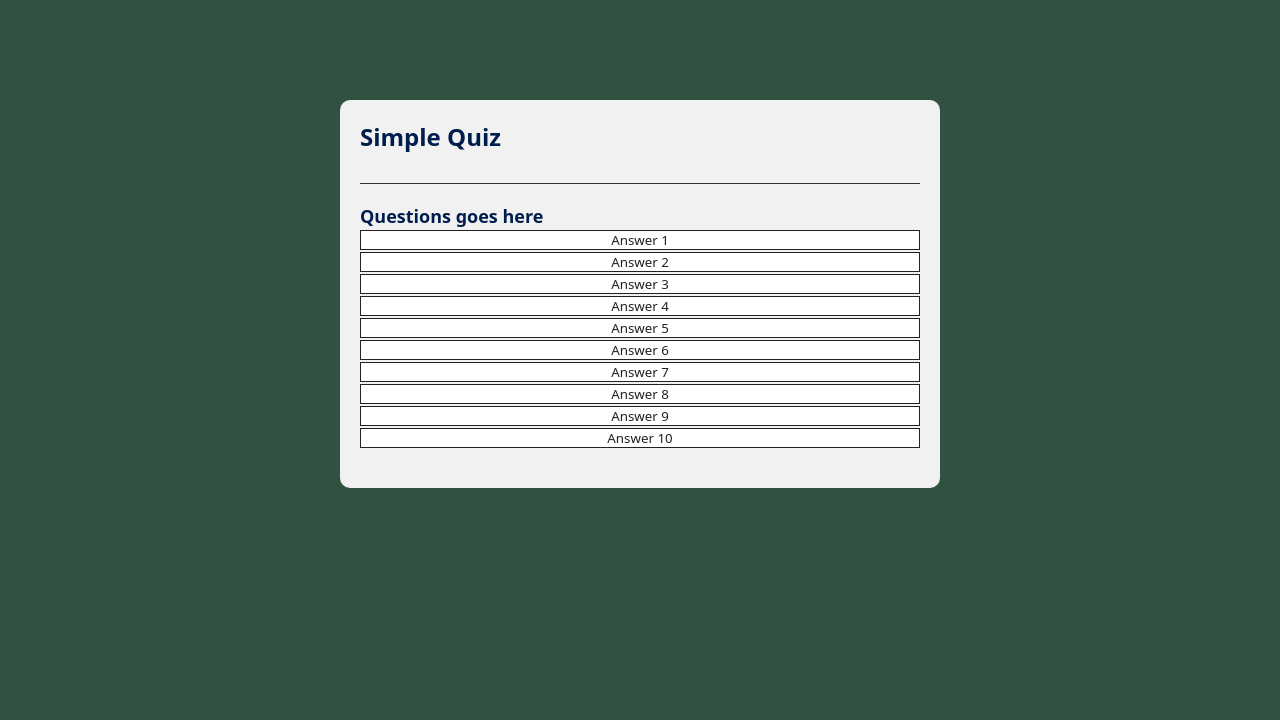
Repository: VickyJacob23/Quiz-App
Page: index.html
The author's editor kept a copy of each file at every save. The page is drawn from the files as they stood at one save, then again after the next save.
The browser window is 1280 px wide. The pictures show the whole page.

Above is the page before, as saved 2024-08-04 16:43:30.

### index.html
<!DOCTYPE html>
<html lang="en">
<head>
    <meta charset="UTF-8">
    <meta name="viewport" content="width=device-width, initial-scale=1.0">
    <title>Quiz App</title>
    <link rel="stylesheet" href="styles.css">
</head>
<body>
    <div class="app">
        <h1>Simple Quiz</h1>
        <div class="quiz">
            <h2 id="question">Questions goes here</h2>
            <div id="answer-buttons">
                <button class="btn">Answer 1</button>
                <button class="btn">Answer 2</button>
                <button class="btn">Answer 3</button>
                <button class="btn">Answer 4</button>
                <button class="btn">Answer 5</button>
                <button class="btn">Answer 6</button>
                <button class="btn">Answer 7</button>
                <button class="btn">Answer 8</button>
                <button class="btn">Answer 9</button>
                <button class="btn">Answer 10 </button>
            </div>
        </div>
    </div>
</body>
</html>

### styles.css
*{
    margin: 0;
    padding: 0;
    box-sizing: border-box;
    font-family: system-ui, -apple-system, BlinkMacSystemFont, 'Segoe UI', Roboto, Oxygen, Ubuntu, Cantarell, 'Open Sans', 'Helvetica Neue', sans-serif;
}

body{
    background-color: #315240;

}
.app{
    width:90%;
    max-width: 600px;
    background-color:#f1f1f1;
    padding: 20px;
    border-radius: 10px;
    margin: 100px auto 0;
}
.app h1{
    font-size: 24px;
    font-weight: 600;
    color: #001e4d;
    border-bottom: 1px solid #333;
    padding-bottom: 30px;
}
.quiz{
    padding: 20px 0;
}
.quiz h2{
    font-size: 18px;
    font-weight: 600;
    color: #001e4d;
}
.btn{
    background-color:#fff;
    color:#222;
    font-weight: 500;
    width: 100%;
    border: 1px solid #222;
}

After the next save:
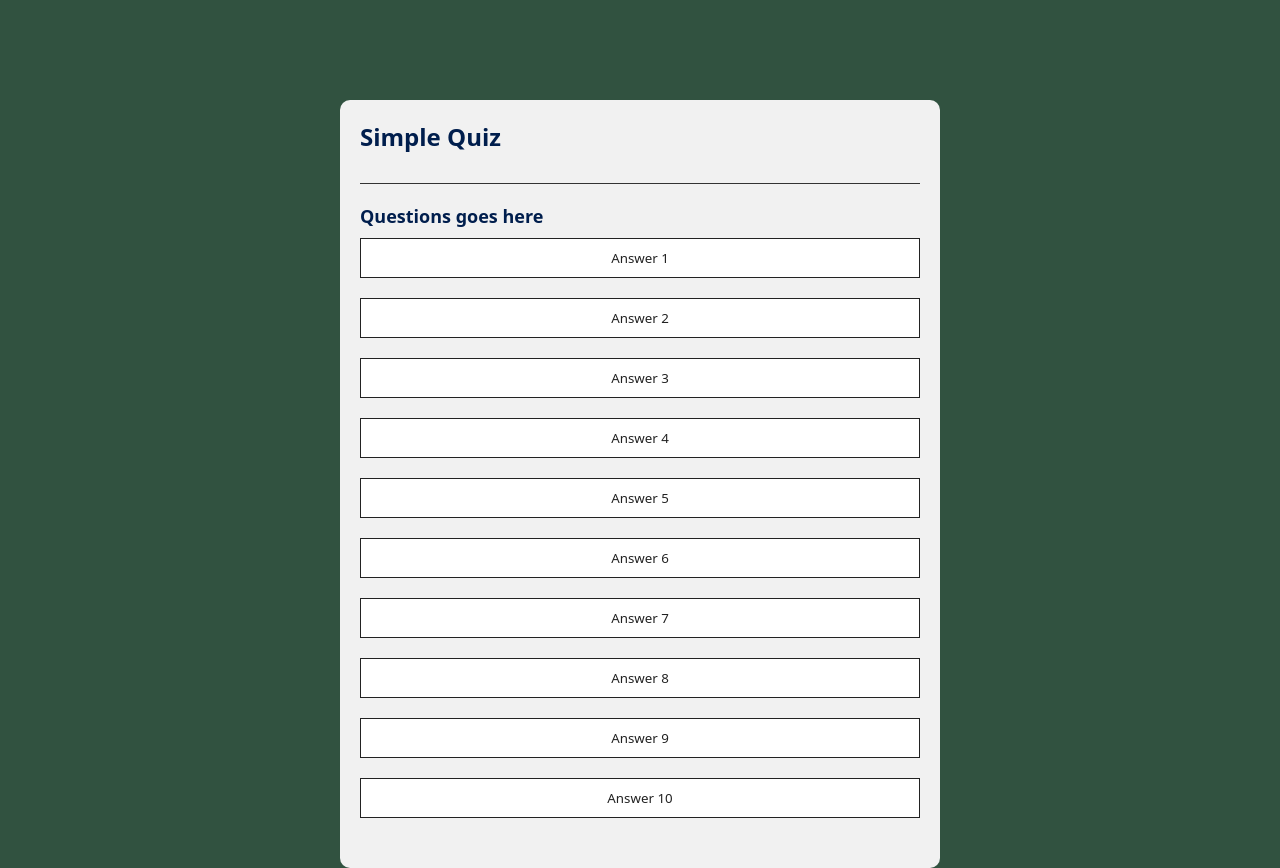
Saved 72 s later.
--- a/styles.css
+++ b/styles.css
@@ -38,4 +38,6 @@
     font-weight: 500;
     width: 100%;
     border: 1px solid #222;
+    padding: 10px;
+    margin: 10px 0;
 }
